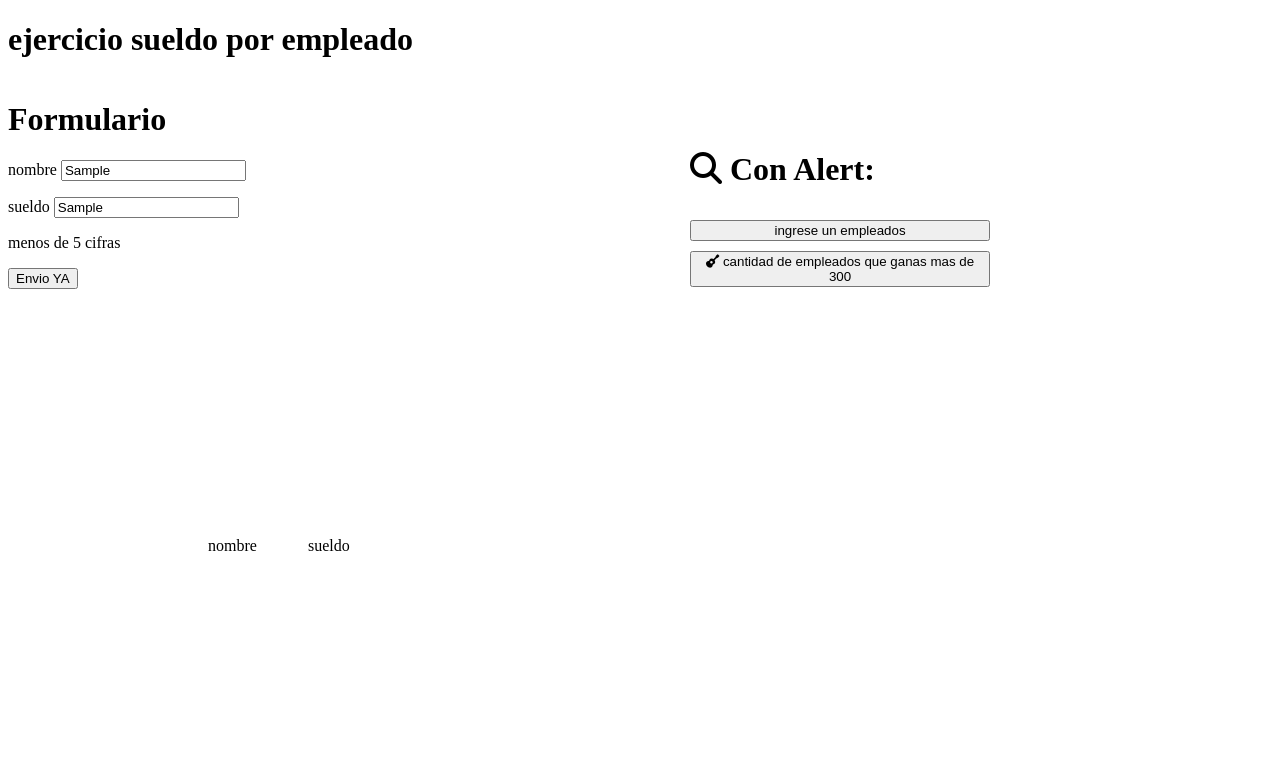
Repository: wolfmarcos/Ej-FormSesionEmpleados
Page: index.html
An editor plug-in stored every save of this project. The page is shown before and after the next save, followed by the edit.
The browser window is 1280 px wide. The pictures show the whole page.
Empty fields were first filled with sample values (such as "Sample", 5 or name@example.com).
After loading, the first visible `#form` was submitted once.
Some web libraries are served in a nearby version.

Above is the page before, as saved 2022-07-31 04:10:44.

### index.html
<!DOCTYPE html>
<html lang="en">

<head>
    <script src="https://kit.fontawesome.com/708068a0d3.js" crossorigin="anonymous"></script>
    <meta charset="UTF-8">
    <meta http-equiv="X-UA-Compatible" content="IE=edge">
    <meta name="viewport" content="width=device-width, initial-scale=1.0">
    <link rel="stylesheet" href="ej1.css">

    <title>Document</title>
</head>


    <h1>ejercicio sueldo por empleado</h1>
<header>



    <form  class="forms p"  id="form" name="form" method="post">

    <h1>Formulario</h1>

    <div class="h">
        <leibel>nombre</leibel>
        <input id="nombres" type="text" maxlengt="10" placeholder="nombre" class="i"></imput>
        <p class="nota"></p>

    </div>
       <div class="h">

           <leibel>sueldo</leibel>
           <input id="sueldos" type="text" maxlengt="19" placeholder="sueldo" class="i" ></imput>
           <p class="nota"></p>

       </div>


        <input type="submit" value="Envio YA">
            <!-- <button type="submit" >ENVIAR</button> -->


    </form>





<div class="alet">

       <h1><i class="fa-solid fa-magnifying-glass"></i> Con Alert:</h1>

    <button id="agregarHTML">ingrese un empleados</button>

    <button id="empleadosMas300">
        <i class="fa-solid fa-guitar"></i>
        cantidad de empleados que ganas mas de 300 </button>



</div>




</header>
<main>
    <div class="contenedorR">
        <div>nombre</div>
        <div>sueldo</div>
        <div class="datos"></div>

    </div>

</main>
    <script src="ej1.js"></script>
</body>

<div>
    <br>




</div>



</html>

### ej1.css
header {
  display: grid;
  grid-template-columns: repeat(2, 1fr);

}

.contenedorR {
  display: grid;
  grid-template-columns: repeat(2, 100px);
  /* gap:10px */
  padding: 200px;
}

/* .ok .nota{display: none;} */
/* .ok letra{  border-bottom: solid 1px rgb(14, 148, 34);box-shadow: 1px 1px 3px 1px green;} */


/* .b input{border-bottom: solid 2px rgb(0, 0, 0)} */

.forms {
  display: grid;
  justify-content: center;
  align-items: center;
background-color: rgb(205, 255, 253);

}
/* .forms .nota{visibility: hidden;} */

/* .forms  .nota{  background-color: blueviolet;  } */
.alet {
  display: flex;
  flex-direction: column;
  /* align-items: flex-start */
  max-width: 300px;
  padding: 50px;
  gap: 10px;
}
 /* .d.h.nota{visibility: hidden;} */
/* .b.borde{border-bottom: solid 5px brown;} */
.p.h.nota{

  visibility: visible;
  /* position: absolute;
  font-size: 20000px;
  font-weight: 500;
  text-align: right; */

}


/* .forms.ok input {  border: 0.1px solid;  border-color: #08ffc8;} */
/* .agrega  {  background-color: blueviolet;  visibility: visible;  color:#e74c3c;} */

### ej1.js
// En una empresa trabajan n empleados cuyos  nombre y sueldo se carga por un formulario desde el celular. sueldos oscilan entre $100 y $500,
//  realizar un programa que lea los sueldos que cobra cada empleado e informe cuántos empleados cobran menos de  $200  en una tabla y mas de $300  en otra tabla
//  recuerde cargar los datos como  un nuevo objeto. Además el programa deberá informar el importe que gasta la empresa en sueldos total del personal.
let aprobados = 0;
let i = 0;
let repeticion = true;
resu = document.querySelector(".contenedorR2")

datos = document.querySelector(".datos")
// let arrayDesaprobados = []
const empleados = [];
let resud = "";
let nombres = document.querySelector("#nombres");
let sueldos = document.querySelector("#sueldos");

// reseteo
const forms=document.querySelector(".forms")

// email.conten(/\w+@+\./)

valdarCampos = (nombres,sueldos) => {


    let declaracion = true
    console.log(nombres.value)

    if (!nombres.value) {
        declaracion =  formNul(nombres, "llene los campos")
    }
    if (!sueldos.value) {
        declaracion = formNul(sueldos, "ingrese una cifra")
    } else {
        if (!isNaN(sueldos)) {
            declaracion = formNul(sueldos, "no es numero")
        }
    }
    if (sueldos.value.length > 4) {
        declaracion = formNul(sueldos, "menos de 5 cifras")
    }
       if (nombres.value.length > 10) {
        declaracion = formNul(nombres, "menos de 10 caracteres")
    }
    if (nombres.value.length < 3) {
        declaracion = formNul(nombres, "mas de 3 caracteres")
    }
    // if (nombre.test(".")) {alert("NO")}else{     error=1}
    if (/^[a-zA-Z0-9\_\-]{4,16}$/.test(nombres.value))
     {
        console.log("correcto"+/^[a-zA-Z0-9\_\-]{4,16}$/.test(nombres.value)) }
       else{ console.log("incorrecto:" + /^[a-zA-Z0-9\_\-]{4,16}$/.test(nombres.value));
        declaracion = formNul(nombres, "solo letra y numeros ")
    }
    console.log(declaracion)

    return (true == declaracion)
}

formNul = (inputs, error) => {
    const suPadre = inputs.parentElement
    const donde = suPadre.querySelector("p")
    // const errores=0  .agrega p
    donde.innerText = error;

    // donde.className = 'agrega'
    // donde.classList.add("agrega")
    suPadre.classList.add("p")
    return false
}
// // const remover=document.querySelector(".forms div")
// let nr2=remover[0].children
// let nr1=remover[1].children




forms.addEventListener("submit", (e) => {
    let verifica=true
    // nr1[1].classList.replace("borde","b")
    //  nr2[1].classList.replace("borde","b")
    // forms.classList.remove("p")
    forms.className = 'd h '

    //  forms.classList.add("p")
    // remover.classList.replace("borde","b")
    e.preventDefault();

     verifica = valdarCampos(nombres,sueldos);
    console.log("final :" + verifica)
    if (verifica) {
        nombre = nombres.value
        sueldo = sueldos.value


        //   empleados[i]=[nombre,sueldo,(i+"pepito") ] ;
        //  empleados[i].push(nombre,sueldo );


        //   localStorage
        empleados[i] = {
            nomebres: nombre,
            sueldos: sueldo,
            id: (i + "pepito")
        }
        sessionStorage.setItem(i, i++)
        sessionStorage.setItem('empleadoss', empleados)
        // repeticion=confirm("ingresar otro  empleado")
        //   Object.values()
        // empleados[0]=sessionStorage.getItem('empleadoss')


        console.log(empleados)
        console.log(sessionStorage.getItem(i))

        //  for (let cada of empleados){console.log(cada.sueldos);};
        //   localStorage.href="#"
        // location
        nombres.value="";
        sueldos.value="";
        // forms.classList.add("ok")
        // forms.classList.add("f")
    }
    // else {

    //     forms.classList.add("f")
    //   }








});







// let emp = new Empleados;
document.querySelector("#agregarHTML").addEventListener("click", (e) => {
    nombre = nombres.value
    sueldo = sueldos.value

    while (repeticion == true) {
        let nombre = prompt("empleado: ");
        let sueldo = parseInt(prompt("sueldo: "));
        //   empleados[i]=[nombre,sueldo,(i+"pepito") ] ;
        //  empleados[i].push(nombre,sueldo );
        empleados[i] = {
            nomebres: nombre,
            sueldos: sueldo,
            id: (i + "pepito")
        }
        i = i + 1;
        repeticion = confirm("ingresar otro  empleado")
    };
    //   Object.values()
    for (let cada of empleados) {
        console.log(cada.sueldos);
    };


});


// empleados.forEach( cada => console.log( cada["nomebres"]));


document.querySelector("#empleadosMas300").addEventListener("click", (e) => {
    console.log(typeof empleados[0].sueldos)
    const emas300 = empleados.filter((x) => x.sueldos > 300)
    console.log(emas300)
    for (let cada of emas300) {
        console.log(cada[1]);
    };


    for (n of emas300) {
        resud += `<div>${n.nomebres}</div>  <div>${n.sueldos}</div>`
        // '<div>'+n.nomebres+'</div>'+'<div>'+n.sueldos+'</div>'

        //     <div>${n.nomebres}</div>
        //      <div>${n.sueldos}</div>

        console.log(resud)

    }

    // datos.outerHTML=
    // `<div class="contenedorR">
    // <div>nombre</div>
    // <div>sueldo</div>
    // ${resud}
    // </div>`

    datos.outerHTML = resud;



})



// let sueldo= parseFloat(prompt("suldo: "));
//  new emp(nombre,sueldo)

// console.log("aprobaron: " + aprobados)
// console.log(arrayAprobados);
// console.log("desaprobaron: " + desaprobados)
// console.log(arrayDesaprobados);

After the next save:
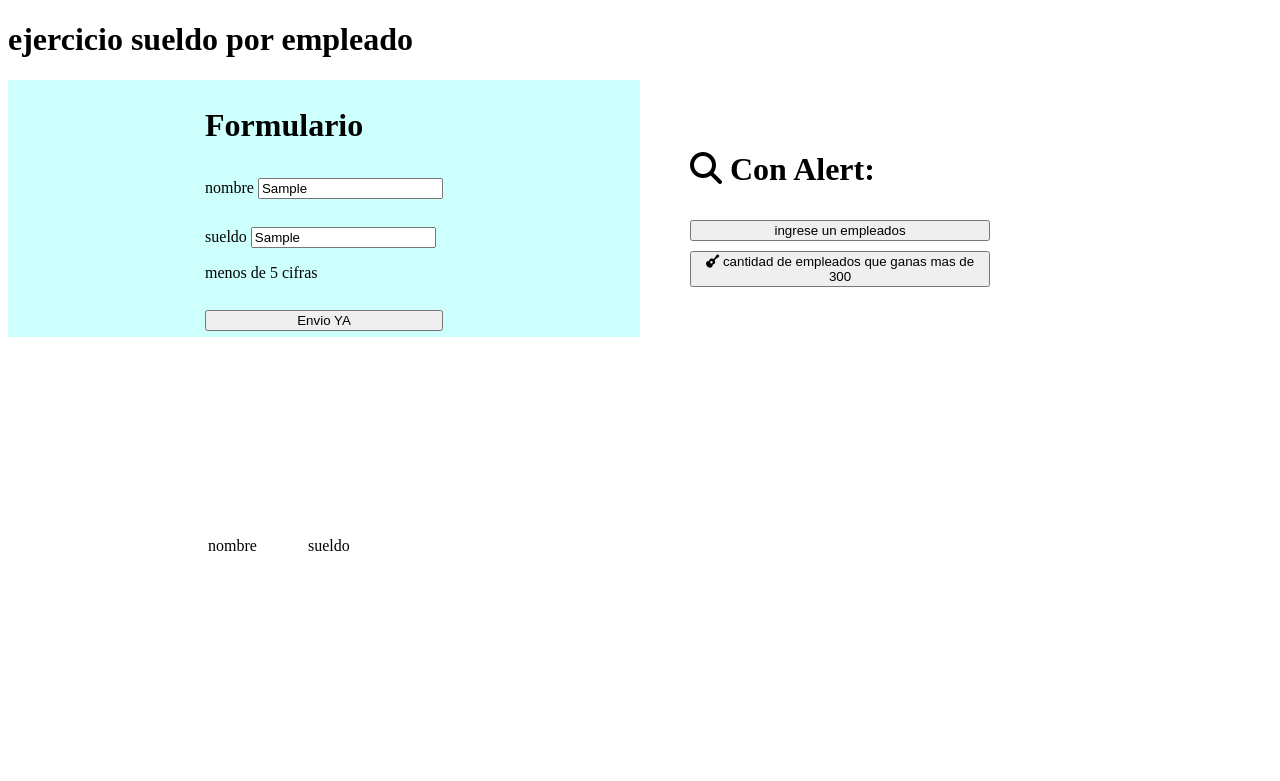
Saved 37 s later.
--- a/ej1.js
+++ b/ej1.js
@@ -78,7 +78,7 @@
     // nr1[1].classList.replace("borde","b")
     //  nr2[1].classList.replace("borde","b")
     // forms.classList.remove("p")
-    forms.className = 'd h '
+    // forms.className = 'd h '
 
     //  forms.classList.add("p")
     // remover.classList.replace("borde","b")

After the 2 saves that followed:
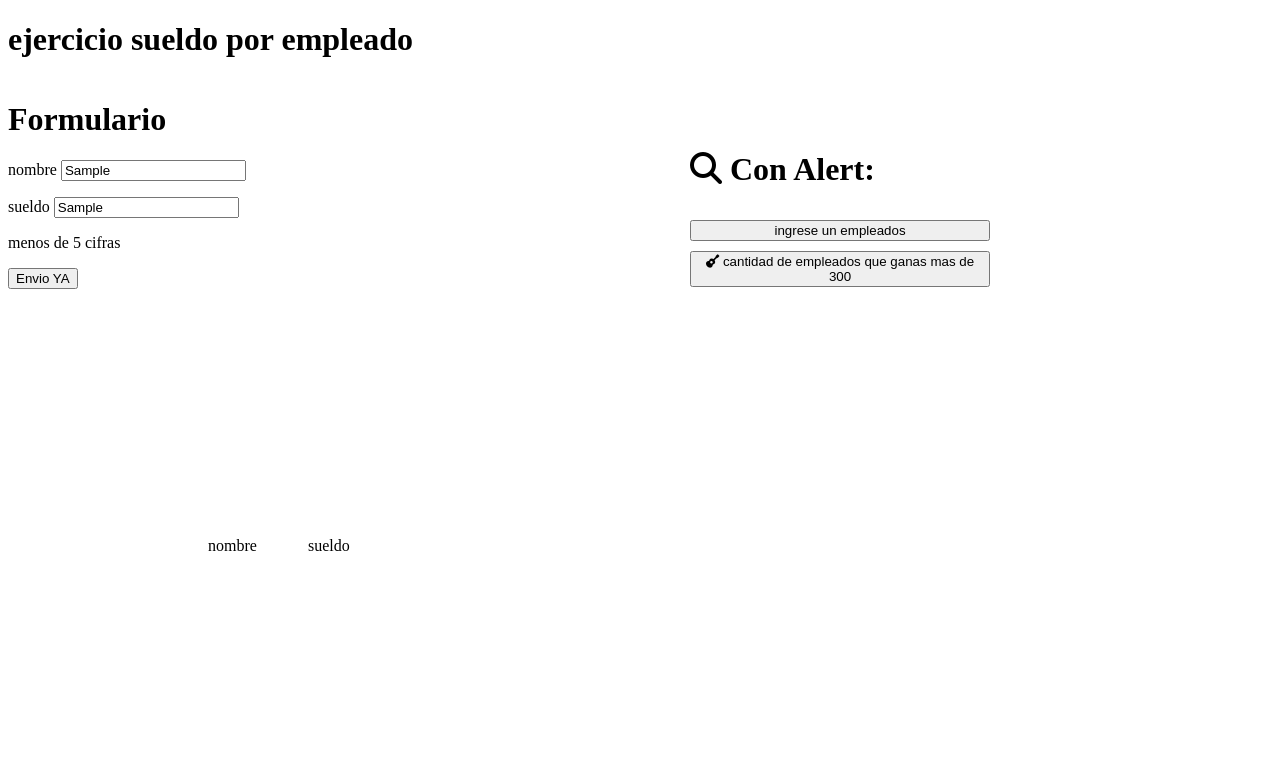
The 2 saves are shown as one change because 1 left the picture as it was.
The last was saved 29 s later.
--- a/ej1.css
+++ b/ej1.css
@@ -37,7 +37,7 @@ background-color: rgb(205, 255, 253);
 }
  /* .d.h.nota{visibility: hidden;} */
 /* .b.borde{border-bottom: solid 5px brown;} */
-.p.h.nota{
+.d.h.nota{
 
   visibility: visible;
   /* position: absolute;
--- a/ej1.js
+++ b/ej1.js
@@ -78,7 +78,7 @@
     // nr1[1].classList.replace("borde","b")
     //  nr2[1].classList.replace("borde","b")
     // forms.classList.remove("p")
-    // forms.className = 'd h '
+    forms.className = 'd h '
 
     //  forms.classList.add("p")
     // remover.classList.replace("borde","b")
